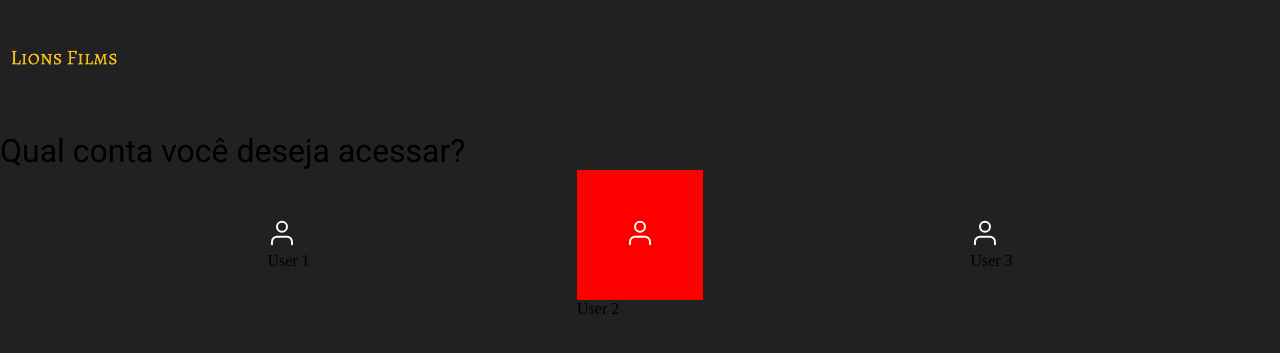
Repository: Leonngc/streaming-project
Page: index.html
The author's editor kept a copy of each file at every save. The page is drawn from the files as they stood at one save, then again after a run of saves.
The browser window is 1280 px wide. The pictures show the whole page.
The style sheet was rebuilt from its Sass, Less or Tailwind sources for each picture, by a compiler version that may differ from the author's.

Above is the page before, as saved 2023-09-02 12:41:12.

After the next 2 saves:
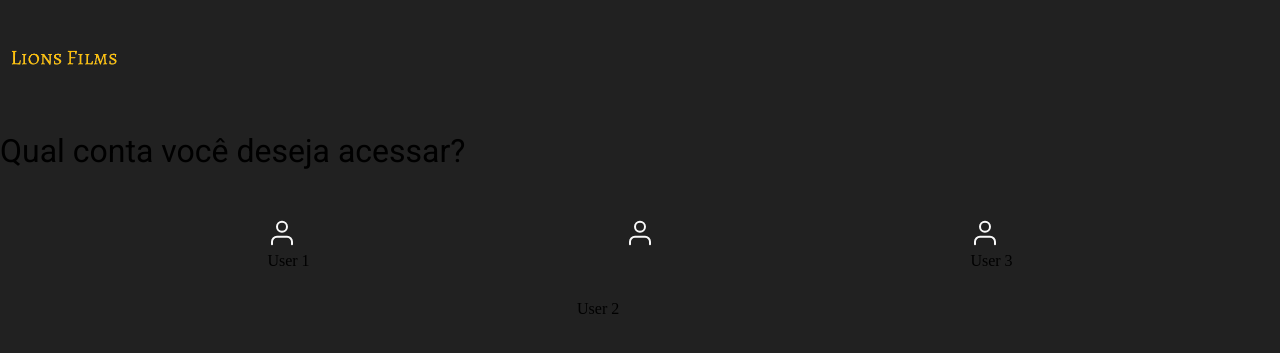
The 2 saves are shown as one change because they came seconds apart.
The last was saved 13 s later.
--- a/index.html
+++ b/index.html
@@ -18,7 +18,7 @@
                 <span>User 1</span>
             </div>
             <div class="users">
-                <div class="user-img p-3" style="background-color: red;"><a href=""><img src="streaming-assets/user.svg" alt=""></a></div>
+                <div class="user-img p-3"><a href=""><img src="streaming-assets/user.svg" alt=""></a></div>
                 <Span>User 2</Span>
             </div>
             <div class="users">
